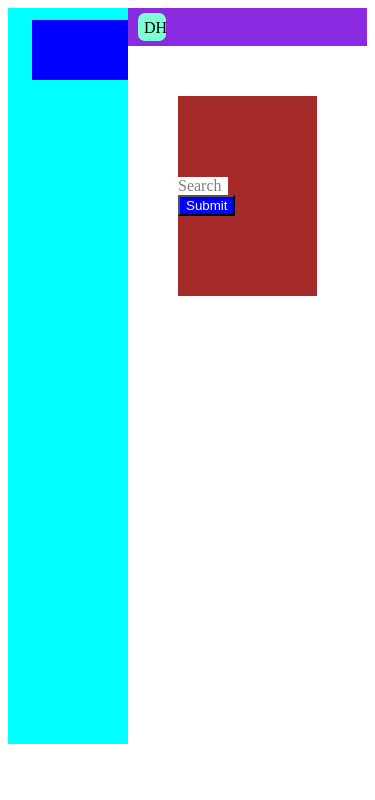
Repository: tr2cky/barrage
Page: index.html
An editor plug-in stored every save of this project. The page is shown before and after the next save, followed by the edit.
The browser window is 375 px wide. The pictures show the whole page.

Above is the page before, as saved 2022-10-03 13:50:45.

After the next save:
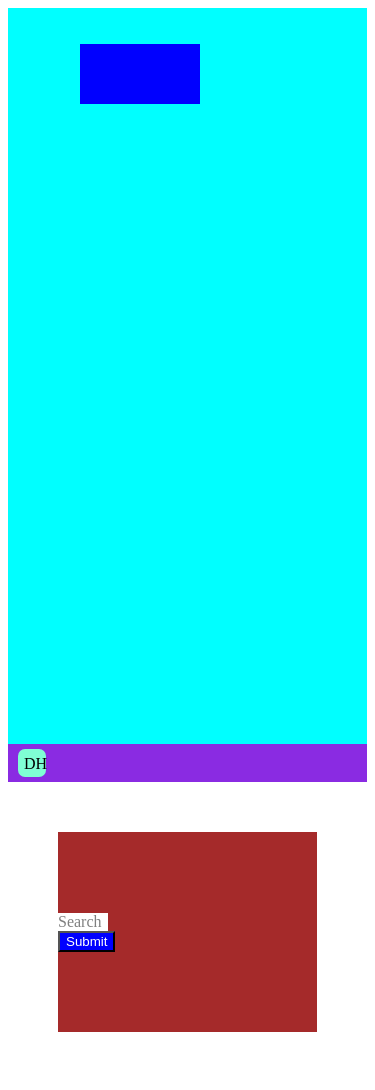
Saved 17 s later.
--- a/style.css
+++ b/style.css
@@ -48,7 +48,7 @@ button {
 }
 
 @media (max-width: 500px) {
-    container {
+    .container {
         display: flex;
         flex-direction: column;
         grid-template-columns: 1fr;
